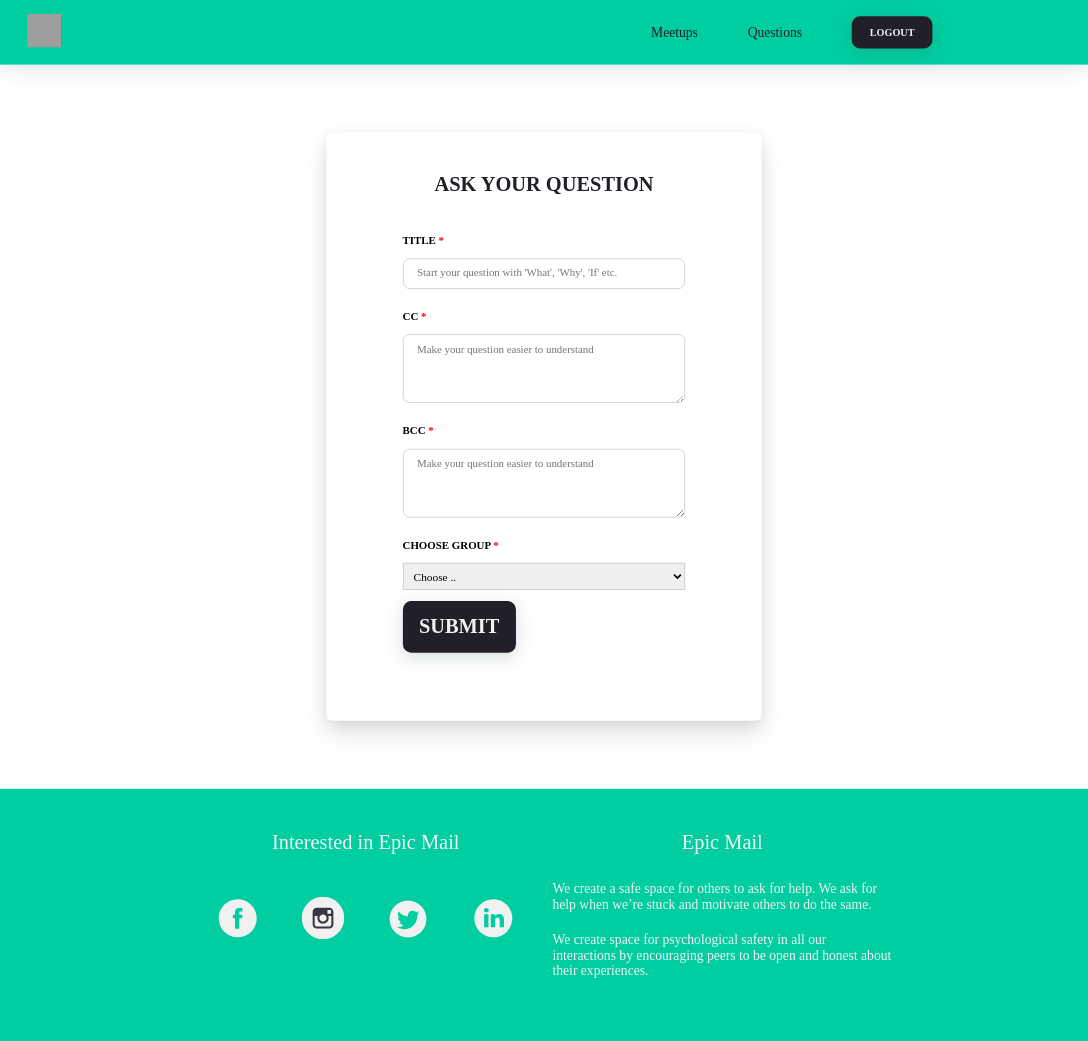
Repository: Gfreedoms/Epic-Mail
Page: pages/group-messages.html
The author's editor kept a copy of each file at every save. The page is drawn from the files as they stood at one save, then again after the next save.
The browser window is 1280 px wide. The pictures show the whole page, at 85% of full size.
Pictures or frames that could not be fetched are drawn as grey boxes. Some web fonts or font styles are not loaded; a fallback is used.

Above is the page before, as saved 2019-02-27 07:19:27.

### pages/group-messages.html
<!DOCTYPE html>
<html lang="en">

<head>
	<meta charset="UTF-8">
	<meta name="viewport" content="width=device-width, initial-scale=1.0">
	<meta http-equiv="X-UA-Compatible" content="ie=edge">
	<link rel="apple-touch-icon" sizes="180x180" href="../assets/favicon/apple-touch-icon.png">
	<link rel="icon" type="image/png" sizes="32x32" href="../assets/favicon/favicon-32x32.png">
	<link rel="icon" type="image/png" sizes="16x16" href="../assets/favicon/favicon-16x16.png">
	<link rel="manifest" href="../assets/favicon/site.webmanifest">
	<link rel="mask-icon" href="../assets/favicon/safari-pinned-tab.svg" color="#5bbad5">
	<meta name="msapplication-TileColor" content="#da532c">
	<meta name="theme-color" content="#ffffff">
	<link rel="stylesheet" href="../styles/base.css">
	<link rel="stylesheet" href="../styles/format.css">
	<title> Epic Mail- ANDELA BOOTCAMP</title>
</head>

<body>
	<!-- Navigation Section Starts -->
	<section id="navigation">
		<nav class="navbar">
			<a href="../" id="nav-brand">
				<img src="../assets/imgs/logo.svg" alt="">
			</a>
			<ul class="nav-menu">
				<li class="visibility"><a class="hover-t" href="./login.html">Login</a></li>
				<li><a class="hover-t" href="./meetup.html">Meetups</a></li>
				<li><a class="hover-t" href="./questions.html">Questions</a></li>
				<li><a class="reg-btn box-sh-dark hover-lg" href="../">Logout</a></li>
			</ul>
			<a id="menu" href="">
				<img src="../assets/imgs/menu.svg" alt="">
			</a>
		</nav>
	</section>
	<!-- Navigation Section Ends -->

	<!-- SideBar Nav -->
	<ul id="sidebar" class="navbar-side side-hidden">
		<li><a href="./meetup.html">Meetups</a></li>
		<li><a href="./questions.html">Questions</a></li>
		<li><a class="" href="../">Logout</a></li>
	</ul>
	<!-- End SideBar Nav -->
	<section class="container w-auto">
		<div id="q-wrapper" class="card mauto m4 p3">
			<form action="/" method="POST">
				<div class="container">
					<h3 class="md-text">Ask Your Question</h3>
					<div class="m1 input">
						<label class="m1" for="name">Title <span class="is-danger">*</span></label>
						<input class="p1 b-rsm" type="text" name="title" placeholder="Start your question with 'What', 'Why', 'If' etc.">
					</div>
					<div class="m1 input">
						<label class="m1" for="name">Cc <span class="is-danger">*</span></label>
						<textarea class="p1 b-rsm" name="description" placeholder="Make your question easier to understand" rows="4" cols="50"></textarea>
                    </div>
                    <div class="m1 input">
                            <label class="m1" for="name">Bcc <span class="is-danger">*</span></label>
                            <textarea class="p1 b-rsm" name="description" placeholder="Make your question easier to understand" rows="4" cols="50"></textarea>
                        </div>

					<div class="m1 input">
						<label class="m1" for="name">Choose Group <span class="is-danger">*</span></label>
						<select name="selected-meetup" id="meetup">
							<option value="#">Choose ..</option>
							<option value="#meetup-1">ALC 3.0</option>
							<option value="#meetup-2">GDG Lagos</option>
							<option value="#meetup-3">ForLoop Africa</option>
							<option value="#meetup-4">Laravel</option>
						</select>
					</div>
					<div class="m2 input">
						<a class="btn sm box-sh-dark" href="./questions.html">Submit</a>
					</div>
				</div>
			</form>
		</div>
	</section>

	<footer class="bg-secondary">
		<div class="container">
			<div class="info-about">
				<h3 class="md-text">Interested in Epic Mail</h3>
				<div class="social-links">
					<a href="#!"><img src="../assets/imgs/icons/facebook.svg" alt=""></a>
					<a href="#!"><img src="../assets/imgs/icons/instagram.svg" alt=""></a>
					<a href="#!"><img src="../assets/imgs/icons/twitter.svg" alt=""></a>
					<a href="#!"><img src="../assets/imgs/icons/linkedin.svg" alt=""></a>
				</div>
			</div>
			<div class="additional-info">
				<h3 class="md-text">Epic Mail</h3>
				<p class="sm-text">
					We create a safe space for others to ask for help.
					We ask for help when we’re stuck and motivate others to do the same.
				</p>
				<p class="sm-text">
					We create space for psychological safety in all our interactions by encouraging peers to be open and honest about
					their experiences.
				</p>
			</div>
		</div>
	</footer>
	<script src="../scripts/index.js"></script>
</body>

</html>

### styles/base.css
@import url('./fonts.css');

* {
	margin: 0;
	padding: 0;
	box-sizing: border-box;
}

a {
	color: #221F28;
	text-decoration: none;
}

#navigation {
	z-index: 1;
	background: #00cea0;
	/* background: #F1F1F2; */
	width: 100%;
	height: auto;
	padding: 1rem 2rem;
	box-shadow: 0 0 30px rgba(7, 51, 84, .17);
	-webkit-box-shadow: 0 0 30px rgba(7, 51, 84, .17);
	-moz-box-shadow: 0 0 30px rgba(7, 51, 84, .17);
}

#nav-brand img {
    height: 40px;
    width: 40px;
}

.navbar {
	display: grid;
	grid-template-columns: 20% 40%;
	grid-gap: 30%;
	align-items: center;
}

.navbar-side {
	height: 100%;
	background: #F1F1F2;
	position: absolute;
	z-index: 9999;
	width: 350px;
	/* box-shadow: 9px -1px 29px 1px; */
	box-shadow: 13px 0px 22px -10px rgba(35, 31, 41, 0.44);
	padding: 20px;
	list-style-type: none;
}

.navbar-side li {
	padding: 20px 10px;
}

.navbar-side li:hover {
	background: #221F28;
	color: #F1F1F2;
}

.navbar-side li:hover>a {
	color: #F1F1F2;
}

.navbar-side a {
	font-family: 'Circular-Book';
}

.navbar-side a:hover {
	color: #F1F1F2;
}

.side-hidden {
	margin-left: -390px;
	transition: all 0.3s ease-out;
}

.side-active {
	margin-left: 0px;
	transition: all 0.3s ease-in;
}

.nav-menu {
	list-style-type: none;
	display: flex;
	align-items: center;
}

.nav-menu li {
	justify-content: center;
	flex: auto;
	display: flex;
}

.nav-menu a {
	text-decoration: none;
}

.reg-btn {
	background: #221F28;
	color: #F1F1F2;
	padding: 0.8rem 1.2rem;
	line-height: 9px;
	font-weight: 600;
	text-transform: uppercase;
	font-size: 12px;
	border-radius: 10px;
	-webkit-border-radius: 10px;
	-moz-border-radius: 10px;
	display: block;
	transition: all .5s ease;
	-webkit-transition: all .5s ease;
	-moz-transition: all .5s ease;
	border: 2px solid #221F28;
}

.btn {
	background: #221F28;
	color: #F1F1F2;
	padding: 1.5rem 1rem;
	line-height: 9px;
	font-weight: 600;
	text-transform: uppercase;
	font-size: 1.5rem;
	border-radius: 10px;
	-webkit-border-radius: 10px;
	-moz-border-radius: 10px;
	display: block;
	transition: all .5s ease;
	-webkit-transition: all .5s ease;
	-moz-transition: all .5s ease;
	border: 2px solid #221F28;
	text-align: center;
}

.cta-btn {
	background: #F1F1F2;
	color: #221F28;
	font-family: 'Circular-Bold';
	margin: 2rem 0;
	padding: 0.8rem 1.2rem;
	line-height: 2rem;
	font-size: 2rem;
	font-weight: 600;
	text-transform: uppercase;
	font-size: 1rem;
	border-radius: 10px;
	-webkit-border-radius: 10px;
	-moz-border-radius: 10px;
	transition: all .5s ease;
	-webkit-transition: all .5s ease;
	-moz-transition: all .5s ease;
	border: 2px solid #F1F1F2;
}

.btn.sm {
	width: 40%
}

.box-sh-dark {
	-webkit-box-shadow: 0 5px 20px rgba(51, 73, 90, .2);
	box-shadow: 0 5px 20px rgba(51, 73, 90, .2);
}

#section-hero {
	padding-top: 130px;
	padding-bottom: 130px;
	background-color: #393541;
	background-image: url("data:[embedded picture, 478 characters]");
	background-attachment: fixed;
	background-size: cover;
	background-repeat: no-repeat;
	background-position: 50%;
	min-height: 600px;
	position: relative;
	width: 100%;
	display: flex;
	align-items: CENTER;
}

/* @media screen and (max-width:1680px) {} */

@media screen and (min-width: 1680px) {
	.rsvp span {
		padding: 1rem 1.4rem !important;
		color: white !important;
		border-radius: 6px !important;
		cursor: pointer !important;
	}

	.nav-menu a.hover-t {
		font-size: 1.7rem !important;
	}

	.meetups span {
		font-size: 1.4rem !important;
	}

	.m1 {
		margin-top: 3rem !important;
		margin-bottom: 0.6rem !important;
	}

	#section-hero {
		background-position: 50%;
	}

	.nav-menu a.hover-t {
		font-size: 1.3rem;
	}

	.nav-menu a {
		text-decoration: none;
		font-size: 1.1rem;
	}

	.reg-btn {
		padding: 1.5rem 1.6rem 1.5rem;
	}

	.bg-text {
		font-size: 4rem !important;
	}

	.md-text {
		font-size: 2.2rem !important;
		margin-bottom: 1rem !important;
	}

	.sm-text {
		font-size: 1.5rem !important;
	}
}

.container {
	width: 75%;
	margin: 0 auto;
}

.w-sm {
	width: 80% !important;
}

.w-md {
	width: 60% !important;
}

.w-lg {
	width: 40% !important;
}

.hero-text {
	height: 100%;
}

.bg-text,
.md-text,
.sm-text {
	color: #F1F1F2;
}

.bg-text {
	margin-bottom: 1.5rem;
	font-family: 'Circular-Bold';
	font-weight: 700;
	font-size: 3rem;
}

.md-text {
	margin-bottom: 2rem;
	font-family: 'Circular-Book';
	font-weight: 400;
	font-size: 1.5rem;
}

.sm-text {
	margin-bottom: 1.5rem;
	font-family: 'Circular-Light';
	font-weight: 400;
	font-size: 1rem;
}

.info-section,
.info-platform,
.info-expl {
	padding: 3rem 0;
	min-height: 50%;
}

.info-section,
.info-expl {
	background: #F1F1F2;
}

.info-platform {
	background: #C5CFD9;
}

.info-section .container,
.info-platform .container,
.info-expl .container {
	display: grid;
	grid-template-columns: 1fr 1fr;
	/* padding: 50px; */
}

.side {
	margin-top: 2rem;
	margin-bottom: 2rem;
	position: relative;
}

.info-section p,
.info-section h3,
.info-platform p,
.info-platform h3,
.info-expl p,
.info-expl h3 {
	color: #221F28;
}

.bg-primary {
	background: #221F28;
}

.bg-secondary {
	background: #00cea0;
}

.info-desc {
	flex: 1;
	align-items: center;
	display: flex;
	flex-direction: column;
	justify-content: center;
}

.info-action {
	text-align: center;
}

.card {
	border-radius: .45rem;
	background: #ffffff;
	box-shadow: 0 15px 30px 0 rgba(0, 0, 0, .11), 0 5px 15px 0 rgba(0, 0, 0, .08);
}

.card-lg {
	border-radius: .25rem;
	background: #ffffff;
	box-shadow: 0 15px 30px 0 rgba(0, 0, 0, .11), 0 5px 15px 0 rgba(0, 0, 0, .08);
}

.mauto {
	margin-left: auto;
	margin-right: auto;
}

.m4 {
	margin-top: 5rem;
	margin-bottom: 5rem;
}

.m3 {
	margin-top: 3rem;
	margin-bottom: 3rem;
}

.m2 {
	margin-top: 2rem;
	margin-bottom: 2rem;
}

.m1 {
	margin-top: 0.6rem;
	margin-bottom: 0.6rem;
}

.p4 {
	padding-top: 5rem;
	padding-bottom: 5rem;
}

.p3 {
	padding-top: 3rem;
	padding-bottom: 3rem;
}

.p2 {
	padding-top: 2rem;
	padding-bottom: 2rem;
}

.p1 {
	padding-top: 0.6rem;
	padding-bottom: 0.6rem;
}

.t-al {
	text-align: center !important;
}

form label {
	font-weight: 600;
	text-transform: uppercase;
	font-size: 0.8rem;
	font-family: 'Circular-Book';
}

form .reg-btn {
	text-align: center;
}

#login-form {
	width: 350px;
}

#login-form h3,
#q-wrapper h3 {
	color: #221F28;
	text-transform: uppercase;
	font-weight: 800;
	text-align: center;
	/* border-bottom: 4px solid #221F28; */
}

.input {
	display: grid;
	grid-template-columns: 1fr;
	margin-top: 10px;
}

.input input {
	padding-left: 1rem;
	padding-right: 1rem;
	font-family: 'Circular-Light';
	font-size: 0.8rem;
	border: 1px solid #C5CFD9;
	background: #ffffff;
}

.input textarea {
	padding-left: 1rem;
	padding-right: 1rem;
	font-family: 'Circular-Light';
	font-size: 0.8rem;
	border: 1px solid #C5CFD9;
	background: #ffffff;
}

.input select {
	border: 1px solid #C5CFD9;
	padding: 0.4rem 0.5rem;
	height: 2rem;
}

.b-rsm {
	border-radius: 8px;
}

#menu {
	display: none;
}

#menu img {
	height: 30px;
}

img {
	height: 15rem;
	width: auto;
}

footer {
	padding: 50px 10px;
}

footer .container {
	display: grid;
	grid-template-columns: 1fr 1fr;
	/* margin-bottom: 50px; */
	grid-gap: 20px;
}

footer h3 {
	/* padding-bottom: 1rem; */
	/* border-bottom: 4px solid #F1F1F2; */
	text-align: center;
}

.social-links {
	display: grid;
	grid-template-columns: 1fr 1fr 1fr 1fr;
	margin-top: 50px;
}

.social-links img {
	height: 50px;
}

.social-links a {
	text-align: center;
}

.info-about h3 {
	margin-bottom: 0 !important;
}

.b-danger {
	background: #F01D43 !important;
}

.b-mild {
	background: #80808094 !important;
	color: #ffffff !important;
}

.b-success {
	background: #00cea0 !important;
}

.b-wicked {
	background: #ff003b !important;
}

/*
.b-wicked {
	background: #6a1b9a !important;
} */

.header {
	display: grid;
	grid-template-columns: 1fr 1fr;
	align-items: center;
}

.hover-t:hover {
	color: purple;
}

.hover-lg:hover {
	cursor: pointer;
	transform: scale(1.009, 1.009);
	-webkit-box-shadow: 2px 2px 20px 0px rgba(128, 128, 128, 0.74);
	-moz-box-shadow: 2px 2px 20px 0px rgba(128, 128, 128, 0.74);
	box-shadow: 2px 2px 20px 0px rgba(128, 128, 128, 0.74);
	transition: all 0.8s cubic-bezier(0.165, 0.84, 0.44, 1);
}

.visibility {
	visibility: hidden;
}

/* MEDIA QUERIES */
@media all and (max-width: 850px) {
	.navbar {
		grid-template-columns: 20% 60%;
		grid-gap: 20%;
	}
}

@media all and (max-width: 850px) {
	.nav-menu {
		display: none;
	}

	#menu {
		display: block;
		text-align: right;
	}
}

@media all and (max-width: 1050px) {
	.navbar {
		grid-template-columns: 20% 60%;
		grid-gap: 20%;
	}
}

@media all and (max-width: 350px) {
	img {
		height: 12rem;
		width: auto;
	}

	.social-links img {
		height: 40px;
	}
}

@media all and (max-width: 670px) {
	.social-links {
		margin-top: 25px;
	}

	.info-about {
		margin-bottom: 25px;
	}

	.nav-menu {
		flex-wrap: wrap;
	}

	.nav-menu>li {
		flex-basis: 50%;
	}

	.info-section .container,
	.info-platform .container,
	.info-expl .container {
		grid-template-columns: 1fr;
	}

	footer .container {
		grid-template-columns: 1fr;
		grid-gap: 10px;
	}
}

@media all and (max-width: 400px) {
	.nav-menu>li {
		flex-basis: 100%;
	}

	.intro a {
		width: 100% !important;
	}

	.btn {
		background: #221F28;
		color: #F1F1F2;
		padding: 0.8rem 1rem;
		line-height: 9px;
		font-weight: 600;
		text-transform: uppercase;
		font-size: 1rem;
		border-radius: 10px;
	}
}

@media all and (min-width: 576px) {
	.hide-lg {
		display: none !important;
	}
}

@media all and (max-width: 576px) {
	.hide-sm {
		display: none !important;
	}
}

@media all and (max-width: 450px) {
	.container {
		width: 80%;
	}

	#login-form {
		width: auto;
	}
}

@media all and (max-width: 400px) {
	.hero-text {
		top: 40%;
		width: 70%;
		left: 10%;
	}

	.md-text {
		font-family: 'Circular-Book';
		margin-bottom: 1rem;
		font-weight: 100;
		font-size: 1.2rem;
	}

	form label {
		font-family: 'Circular-Light';
	}

	.f-bold {
		font-family: 'Circular-Book' !important;
	}

	.bg-text {
		margin-bottom: 1.3rem;
		font-family: 'Circular-Book';
		font-weight: 400;
		font-size: 2rem;
	}

	.cta-btn {
		font-size: 0.7rem;
		padding: 0.4rem 1rem;
	}
}

@media (min-width: 576px) {
	.w-auto {
		width: 75% !important;
	}

	.container {
		width: 85%;
	}
}

@media (min-width: 768px) {
	.w-auto {
		width: 40% !important;
	}

	.container {
		width: 85%;
	}
}

@media (min-width: 992px) {
	.w-auto {
		width: 35% !important;
	}

	.container {
		width: 70%;
	}
}

@media (min-width: 1200px) {
	.w-auto {
		width: 40% !important;
	}

	.container {
		width: 65%;
	}
}

/* END MEDIA QUERIES */

### styles/format.css
.is-danger {
	color: red;
}

.divider {
	height: 0.2rem;
	background: #221F28;
	opacity: 0.1;
	margin: 1rem auto;
	width: 100%;
}

table {
	width: 750px;
	border-collapse: collapse;
	margin: 50px auto;
}

/* Zebra striping */
tr:nth-of-type(odd) {
	background: #eee;
}

th {
	background: #221F28;
	color: white;
	font-weight: bold;
}

td,
th {
	padding: 10px;
	border: 1px solid #ccc;
	text-align: left;
	font-size: 18px;
}

@media only screen and (max-width: 760px),
(min-device-width: 768px) and (max-device-width: 1024px) {

	table {
		width: 100%;
	}

	/* Force table to not be like tables anymore */
	table,
	thead,
	tbody,
	th,
	td,
	tr {
		display: block;
	}

	thead tr {
		position: absolute;
		top: -9999px;
		left: -9999px;
	}

	tr {
		border: 1px solid #ccc;
	}

	td {
		border: none;
		border-bottom: 1px solid #eee;
		position: relative;
		padding-left: 50%;
	}

	td:before {
		position: absolute;
		/* Top/left values mimic padding */
		top: 6px;
		left: 6px;
		width: 45%;
		padding-right: 10px;
		white-space: nowrap;
		/* Label the data */
		content: attr(data-column);

		color: #000;
		font-weight: bold;
	}

	tbody tr {
		padding: 1rem;
	}
}

.m1 {
	margin-top: 0.8rem !important;
	margin-bottom: 0.8rem !important;
}

.pagination {
	text-align: center;
	margin: 2rem auto;
}

.pagination span {
	padding: 10px;
	border-radius: 2px;
	font-family: 'Circular-Book';
	font-weight: 600;
	font-size: 1rem;
	margin: 0 5px;
}

@media screen and (min-width: 1680px) {
	.reg-btn {
		padding: 1.5rem 1.6rem 1.5rem;
		font-size: 1rem;
	}

	.input {
		margin-top: 2rem;
	}

	.nav-menu a.hover-t {
		font-size: 1.4rem !important;
	}
}

### scripts/index.js
(function () {
  function togggleSidebar(e) {
    e.preventDefault();
    const sideBar = document.getElementById('sidebar');
    sideBar.classList.toggle('side-active');
    sideBar.classList.toggle('side-hidden');
  }
  const menu = document.getElementById('menu');
  menu.addEventListener('click', togggleSidebar, false);
}());

### styles/fonts.css
@font-face {
	font-family: "Circular-Light";
	src:
		url("../assets/fonts/Circular-Light.woff") format("woff");
}
@font-face {
	font-family: "Circular-Book";
	src:
		url("../assets/fonts/Circular-Book.woff") format("woff");
}
@font-face {
	font-family: "Circular-Bold";
	src:
		url("../assets/fonts/Circular-Bold.woff") format("woff");
}

* {
	font-family: 'Circular-Light';
}

After the next save:
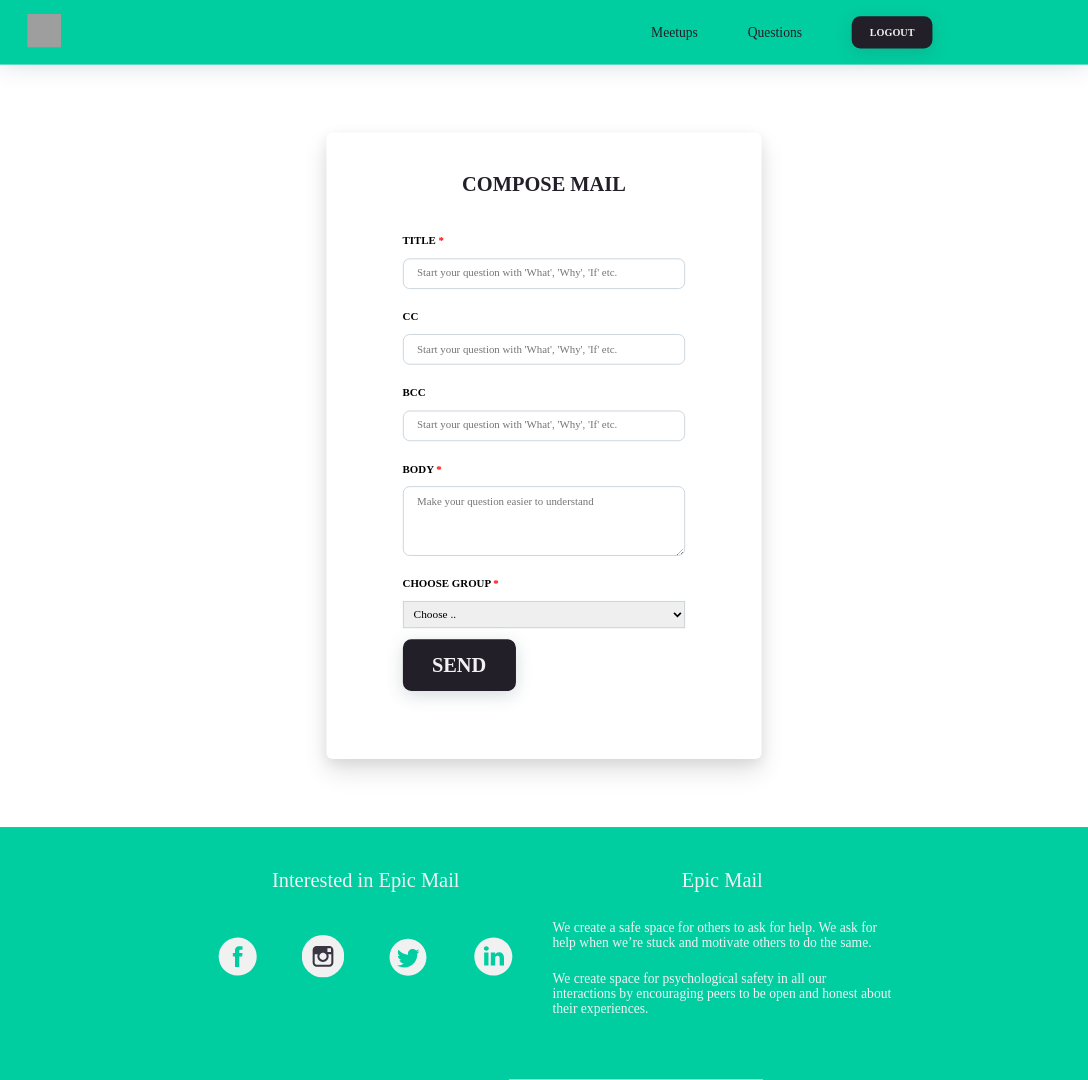
Saved 5 min 54 s later.
--- a/pages/group-messages.html
+++ b/pages/group-messages.html
@@ -48,32 +48,41 @@
 		<div id="q-wrapper" class="card mauto m4 p3">
 			<form action="/" method="POST">
 				<div class="container">
-					<h3 class="md-text">Ask Your Question</h3>
+					<h3 class="md-text">Compose Mail</h3>
 					<div class="m1 input">
 						<label class="m1" for="name">Title <span class="is-danger">*</span></label>
 						<input class="p1 b-rsm" type="text" name="title" placeholder="Start your question with 'What', 'Why', 'If' etc.">
-					</div>
+                    </div>
+
+                    <div class="m1 input">
+                            <label class="m1" for="name">Cc </label>
+                            <input class="p1 b-rsm" type="text" name="title" placeholder="Start your question with 'What', 'Why', 'If' etc.">
+                    </div>
+
+                    <div class="m1 input">
+                            <label class="m1" for="name">Bcc </label>
+                            <input class="p1 b-rsm" type="text" name="title" placeholder="Start your question with 'What', 'Why', 'If' etc.">
+                    </div>
+
+
 					<div class="m1 input">
-						<label class="m1" for="name">Cc <span class="is-danger">*</span></label>
+						<label class="m1" for="name"> Body <span class="is-danger">*</span></label>
 						<textarea class="p1 b-rsm" name="description" placeholder="Make your question easier to understand" rows="4" cols="50"></textarea>
                     </div>
-                    <div class="m1 input">
-                            <label class="m1" for="name">Bcc <span class="is-danger">*</span></label>
-                            <textarea class="p1 b-rsm" name="description" placeholder="Make your question easier to understand" rows="4" cols="50"></textarea>
-                        </div>
+
 
 					<div class="m1 input">
 						<label class="m1" for="name">Choose Group <span class="is-danger">*</span></label>
 						<select name="selected-meetup" id="meetup">
 							<option value="#">Choose ..</option>
-							<option value="#meetup-1">ALC 3.0</option>
-							<option value="#meetup-2">GDG Lagos</option>
-							<option value="#meetup-3">ForLoop Africa</option>
-							<option value="#meetup-4">Laravel</option>
+							<option value="#meetup-1">Work</option>
+							<option value="#meetup-2">Bitcoin</option>
+							<option value="#meetup-3">Manchester United</option>
+							<option value="#meetup-4">Andela fun</option>
 						</select>
 					</div>
 					<div class="m2 input">
-						<a class="btn sm box-sh-dark" href="./questions.html">Submit</a>
+						<a class="btn sm box-sh-dark" href="./questions.html">Send</a>
 					</div>
 				</div>
 			</form>
